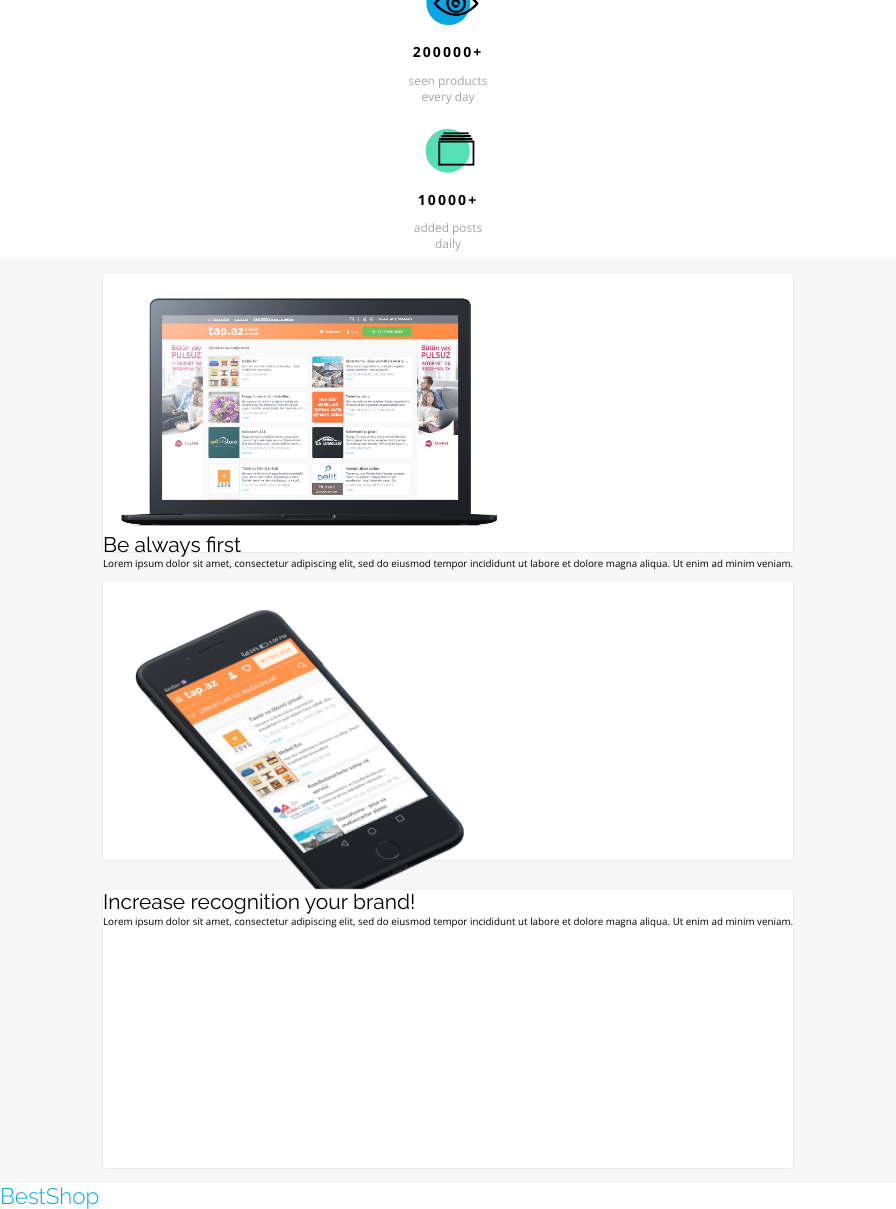
Repository: artwol993/BestShop
Page: index.html
An editor plug-in stored every save of this project. The page is shown before and after the next save, followed by the edit.
The browser window is 1280 px wide. The pictures show the part of the page from y = 1057 to 2977 px (the page is 2784 px tall before and 2977 px after), at 70% of full size.
The style sheet was rebuilt from its Sass, Less or Tailwind sources for each picture, by a compiler version that may differ from the author's.

Above is the page before, as saved 2020-05-28 21:50:45.

### index.html
<!DOCTYPE html>
<html lang="en">
<head>
    <meta charset="UTF-8">
    <meta name="viewport" content="width=device-width, initial-scale=1.0">
    <title>BestShop[artwol993]</title>
    <link rel="stylesheet" href="css/main.css">
    <style>
        @import url('https://fonts.googleapis.com/css2?family=Open+Sans:wght@400;700&display=swap');
    </style>
    <style>
        @import url('https://fonts.googleapis.com/css2?family=Raleway:wght@300;400;700;800&display=swap');
    </style>
</head>
<body>
    <div class="main__container">
        <header>
            <div class="logo">BestShop</div>
            <nav class="nav">
                <!-- <button class="hamburger" aria-label="Menu">
                    <span class="hamburger__container" tabindex="-1">
                        <span class="hamburger__bars"></span>
                      </span>
                </button> -->
                <div class="side__menu">
                    <!-- <ul class="nav__list">
                        <li class="nav__list-item"><a href="" class="nav__link">why us</a></li>
                        <li class="nav__list-item"><a href="" class="nav__link">benefits</a></li>
                        <li class="nav__list-item"><a href="" class="nav__link">prices</a></li>
                        <li class="nav__list-item"><a href="" class="nav__link">contact</a></li>
                    </ul> -->
                </div>
            </nav>
        </header>

        <div class="content__container">
            <div class="main">

<!-- welcome-section -->

                <section class="welcome">
                    <div class="welcome__content">
                        <h1>Sell More!</h1>
                        <p>Open shop on our platform and incrase your sales</p>
                        <button class="main-btn">Open your shop</button>
                    </div>
                    <img src="/assets/Background.png" alt="notebook-picture" class="welcome__picture">
                </section>

<!-- stats-section -->

                <section class="stats">
                    <h2>The most popular sales platform in country</h2>
                    <div class="stats__container">
                        <div class="stats__bin">
                            <div class="stats__circle-person"></div>
                            <img src="./assets/Person.svg" alt="person-contour" class="stats__img-person">
                            <span>100000+</span>
                            <p>daily entries</p>
                        </div>
                        <div class="stats__bin">
                            <div class="stats__circle-eye"></div>
                            <img src="./assets/Eye.svg" alt="person-contour" class="stats__img-eye">
                            <span>200000+</span>
                            <p>seen products<br> every day</p>
                        </div>
                        <div class="stats__bin">
                            <div class="stats__circle-catalog"></div>
                            <img src="./assets/Catalog.svg" alt="person-contour" class="stats__img-catalog">
                            <span>10000+</span>
                            <p>added posts <br> daily</p>
                        </div>
                    </div>
                </section>

<!-- profits-section -->

                <section class="profits">
                    <div class="profits__container">
                        <div class="profits__box">
                            <div class="profits__box__double">
                                <img src="/assets/Macbook.png" alt="notebook-picture" class="notebook-picture">
                            </div>
                            <div class="profits__box__double">
                                <h2>Be always first</h2>
                                <p>Lorem ipsum dolor sit amet, consectetur adipiscing elit, sed do eiusmod tempor incididunt ut labore et dolore magna aliqua. Ut enim ad minim veniam.</p>
                            </div>
                        </div>
                        <div class="profits__box">
                            <div class="profits__box__double">
                                <img src="/assets/iPhone.png" alt="phone-picture" class="phone-picture">
                            </div>
                            <div class="profits__box__double">
                                <h2>Your shop is where you are!</h2>
                                <p>Lorem ipsum dolor sit amet, consectetur adipiscing elit, sed do eiusmod tempor incididunt ut labore et dolore magna aliqua. Ut enim ad minim veniam.</p>
                            </div>
                        </div>
                        <div class="profits__box">
                            <div class="proftis__box__double">
                                <h2>Increase recognition your brand!</h2>
                                <p>Lorem ipsum dolor sit amet, consectetur adipiscing elit, sed do eiusmod tempor incididunt ut labore et dolore magna aliqua. Ut enim ad minim veniam.</p>
                            </div>
                            <div class="proftis__box__double">

                            </div>
                        </div>

                    </div>
                </section>

<!-- pricing-section -->

                <section class="pricing"></section>

<!-- contact-section -->

                <section class="contact"></section>
            </div>
        </div>

        <footer>
            <div class="logo">BestShop</div>
            <div class="footer-icon"></div>
            <div class="footer-icon"></div>
        </footer>
    </div>
</body>
</html>

### scss/main.scss
    $c-primary-first: #08a6e4;
    $c-primary-second: #fb3b64;
    $c-primary-third: #55dfb4;
    $c-black: #000000;
    $c-white: #ffffff;
    $c-background: #f7f7f7;
    $c-details: #a5a5a5;
    $c-shadow: #00000029;
    $f-h: 'Raleway', sans-serif;
    $f-p: 'Open Sans', sans-serif;
    $fw-light: 300;
    $fw-normal: 400;
    $fw-bold: 700;
    $fw-black: 800;

/*reset*/

  * {
      margin: 0;
      padding: 0;
      box-sizing: border-box;
  }

  /* fonts */

  a, p, ul, span {
    font-family: $f-p;
  }

  h1 {
    font-size: 3.063rem;
    font-weight: $fw-normal;
    font-family: $f-h;
    color: $c-black;
  }

  h2 {
    font-size: 2.188rem;
    font-weight: $fw-normal;
    font-family: $f-h;
    color: $c-black;
  }

  h3 {
    font-size: 1.25rem;
    font-weight: $fw-bold;
    margin: 5px;
    font-family: $f-h;
    color: $c-black;
  }

  .logo {
    font-size: 2rem;
    font-weight: $fw-light;
    font-family: $f-h;
    color: $c-primary-first;
    text-decoration: none;
    cursor: pointer;
  }

  .body {
      width: 100vh;
  }
  /*header*/
  header {
      height: 70px;
      display: flex;
      align-items: center;
      justify-content: space-between;
      padding: 0 25px;
      box-shadow: 0px 3px 6px $c-shadow;
  }

//   .hamburger {
//     margin: 0;
//     padding: 0;
//     border: 0;
//     background-color: transparent;
//     cursor: pointer;
//     &:focus {
//         & > .hamburger__container {
//           	box-shadow: 0 0 2px 2px #51a7e8;
//         }
//     }
//   }

//   .hamburger__container {
//     display: flex;
//     align-items: center;
//     position: relative;
//     width: 35px;
//     height: 30px;
//   }

//   .hamburger__bars {
//     position: absolute;
//     width: 35px;
//     height: 2px;
//     background-color: #000;
//     transition: transform 220ms ease-in-out;
//     &:before, &:after {
//         display: block;
//         position: absolute;
//         width: 35px;
//         height: 2px;
//         background-color: #000;
//         content: '';
//     }
//     &:before {
//         top: -12px;
//         transition: top 100ms 250ms ease-in, transform 220ms ease-in-out;
//     }
//     &:after {
//         bottom: -12px;
//         transition: bottom 100ms 250ms ease-in,
//           			transform 220ms ease-in-out;
//     }
//   }

//   .hamburger--active {
//     .hamburger__bars {
//         transform: rotate(225deg);
//         transition: transform 220ms 120ms ease-in-out;
//         &:before {
//             top: 0;
//             transition: top 100ms ease-out;
//         }
//         &:after {
//             bottom: 0;
//             transform: rotate(-90deg);
//             transition: bottom 100ms ease-out,
//             		  	transform 220ms 120ms ease-in-out;
//         }
//     }
// }

//   .hamburger, .hamburger__container {
//     &:focus {
//       	outline: none;
//   	}
//   }

//   .side__menu {
//     display: flex;
//     box-sizing: border-box;
//     position: absolute;
//     height: 70%;
//     width: 200px;
//     top: 70px;
//     right: -300px;
//     padding: 0;
//     background-color: red;
//     transition: 0.3s transform ease-in-out;
//   }

//   .side__menu ul {
//     position: absolute;
//     display: flex;
//     flex-direction: column;
//     box-sizing: border-box;
//     height: calc(100% - 70px);
//     flex-wrap: wrap;
//     margin: 0 10px;
//     padding: 0;
//     list-style-type: none;
//     align-content: flex-start;
//   }

//   .side-__menu ul li {
//     display: flex;
//     flex-direction: column;
//     height: 30px;
//     background: $c-primary-second;
//     flex-basis: 100%;
//     margin-top: 70px;
//     color: #696e9e;
//     border-radius: 5px;
//     overflow: hidden;
//   }

//   .side__menu ul li a {
//     display: flex;
//     padding: 10px;
//     align-items: center;
//     width: 100%;
//     height: 100%;
//     background: $c-primary-third;
//     text-decoration: none;
//     box-sizing: border-box;
//   }

//   .hamburger:focus ~ .side__menu, .side__menu:hover {
//     transform: translateX(-300px);
//   }

.nav__list {
  display: flex;
  justify-content: space-around;
  align-items: center;
}

.nav__list-item {
  // padding: 10px;
  list-style: none;
  // margin-right: 50px;
}

.nav__link {
  color: $c-details;
  font-weight: $fw-bold;
  text-decoration: none;
  text-transform: uppercase;
  font-size: 11px;

  &:hover {
    color: $c-black;
    border-bottom: solid 3px $c-primary-first;
    padding-bottom: 23px;
  }
}

/*content*/

.content__container {
  // width: calc(100% - 20%);
  // background: pink;
  display: flex;
  align-items: center;
  justify-content: center;
}

// .main {
//   background: blue;
// }

.welcome {
  display: flex;
  flex-direction: column;
  align-items: center;

}

.welcome__content {
  margin: 50px 10px;
  display: flex;
  flex-direction: column;
  align-items: center;
}

.welcome__content p {
  text-align: center;
  margin-top: 20px;
}

.main-btn {
  margin-top: 25px;
  padding: 22px 70px;
  border-radius: 40px;
  font-weight: 800;
  border: none;
  text-align: center;
  text-decoration: none;
  background: $c-primary-first;
  color: $c-white;
}

.welcome__picture {
  width: 100%;
  height: auto;
  margin-bottom: 20px;
  object-position: center;

}

// stats-section

.stats h2 {
  text-align: center;
}

.stats__container {
  display: flex;
  flex-direction: column;
  align-items: center;
  margin: 10px 0;
}

.stats__bin {
  margin-top: 25px;
  display: flex;
  flex-direction: column;
  align-items: center;
}

div[class*="stats__circle"] {
  width: 63px;
  height: 63px;
  border-radius: 50%;
  position: relative;
  margin: 10px 0;
}

.stats__circle-person {
  background: $c-primary-second;
}
.stats__circle-eye {
  background: $c-primary-first;
}

.stats__circle-catalog {
  background: $c-primary-third;
}

img[class*="stats__img"] {
  position: absolute;
}

.stats__img-person {
  margin-top: 15px;
  margin-left: 25px;
}

.stats__img-eye {
  width: 65px;
  margin-top: 24px;
  margin-left: 23px;
}

.stats__img-catalog {
  margin-top: 15px;
  margin-left: 25px;
}

.stats__bin span {
  font-size: 20px;
  font-weight: $fw-bold;
  margin-top: 15px;
  letter-spacing: 3px;
}

.stats__bin p {
  margin-top: 15px;
  font-size: 17px;
  font-weight: $fw-normal;
  color: $c-details;
  text-align: center;
}

/*profits-section*/

.profits__container {
  display: flex;
  flex-direction: column;
  align-items: center;
  background: $c-background;
}

.profits__box {
  height: 400px;
  margin: 20px 30px;
  background: $c-white;
  border-radius: 5px;
  border: solid 1px #E8E9ED;
  box-sizing: border-box;
  display: block;
}
.proftis__box__double {
  height: 50%;
}


.profits__box img {
  width: 60%;
  height: auto;
  margin-top: 30px;

}

.profits__box h2 {
  font-size: 30px;
}

.profits__box p {
  font-size: 14px;
  font-weight: $fw-normal;
}

After the next save:
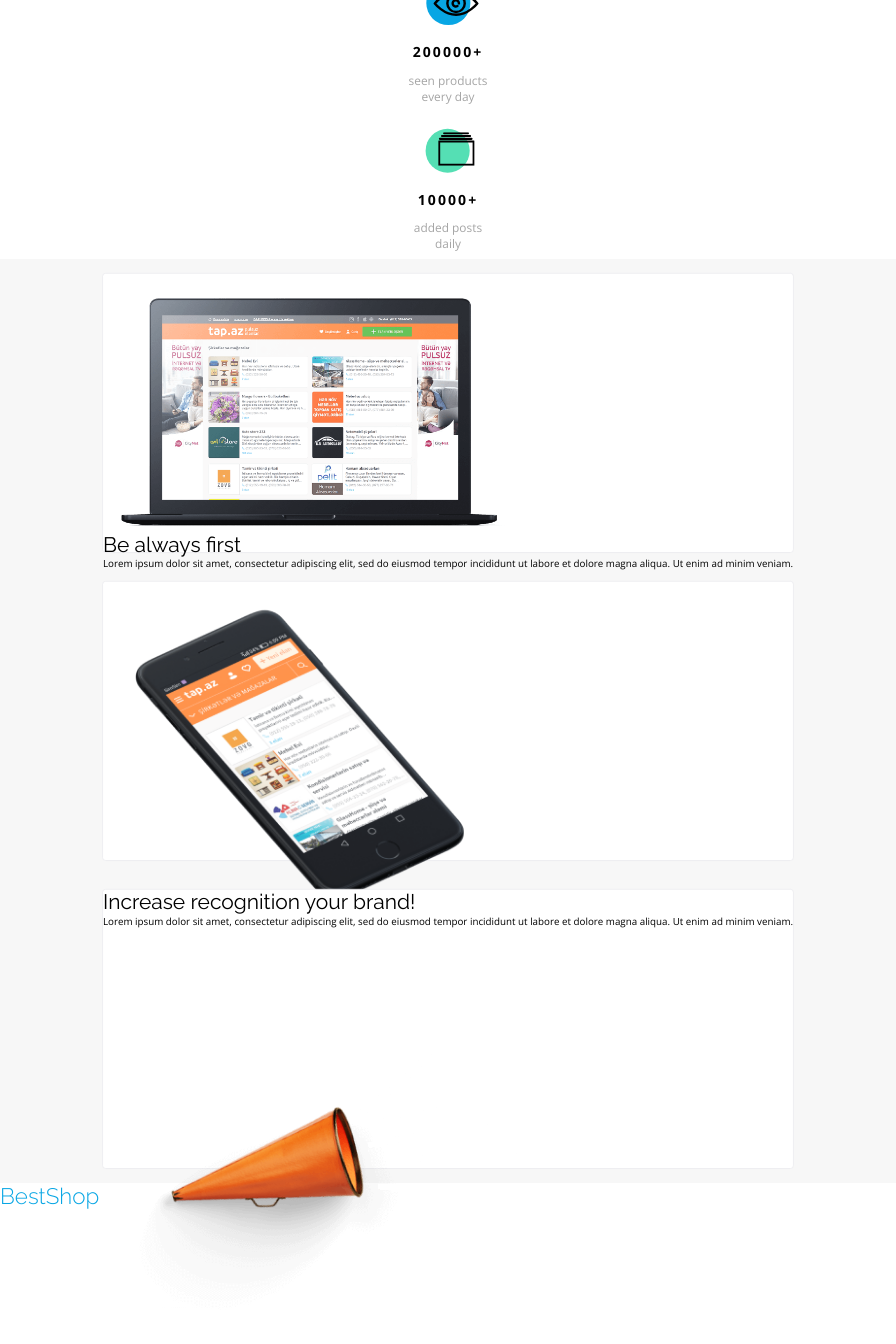
Saved 2 min 1 s later.
--- a/index.html
+++ b/index.html
@@ -78,7 +78,7 @@
                 <section class="profits">
                     <div class="profits__container">
                         <div class="profits__box">
-                            <div class="profits__box__double">
+                            <div class="profits__box__double-img">
                                 <img src="/assets/Macbook.png" alt="notebook-picture" class="notebook-picture">
                             </div>
                             <div class="profits__box__double">
@@ -87,7 +87,7 @@
                             </div>
                         </div>
                         <div class="profits__box">
-                            <div class="profits__box__double">
+                            <div class="profits__box__double-img">
                                 <img src="/assets/iPhone.png" alt="phone-picture" class="phone-picture">
                             </div>
                             <div class="profits__box__double">
@@ -100,8 +100,8 @@
                                 <h2>Increase recognition your brand!</h2>
                                 <p>Lorem ipsum dolor sit amet, consectetur adipiscing elit, sed do eiusmod tempor incididunt ut labore et dolore magna aliqua. Ut enim ad minim veniam.</p>
                             </div>
-                            <div class="proftis__box__double">
-
+                            <div class="proftis__box__double-img">
+                                <img src="/assets/Trumpet.png" alt="">
                             </div>
                         </div>
 
